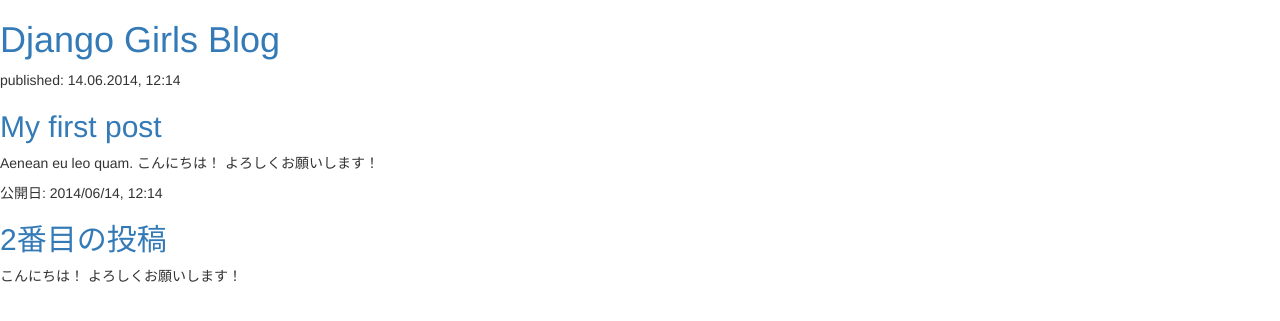
Repository: yoku-094/practice_python
Page: blog/templates/blog/post_list.html
The author's editor kept a copy of each file at every save. The page is drawn from the files as they stood at one save, then again after the next save.
The browser window is 1280 px wide. The pictures show the whole page.
Some web libraries are served in a nearby version. The page is served by the project's application, run on Django 3.2 (manage.py). Other server files are loaded and not shown. The template is opened directly, without the code that normally fills it, so the values that code supplies are empty.

Above is the page before, as saved 2022-08-30 12:29:55.

### blog/templatetags/markdown_filter.py
import markdown
from django import template
from django.utils.safestring import mark_safe

register = template.Library()

@register.filter
def markdown_to_html(text):
    return mark_safe(markdown.markdown(text))

### blog/templates/blog/post_list.html
{% load static %}
<html>
  <head>
    <title>Django Girls blog</title>
    <link
      rel="stylesheet"
      href="//maxcdn.bootstrapcdn.com/bootstrap/3.2.0/css/bootstrap.min.css"
    />
    <link
      rel="stylesheet"
      href="//maxcdn.bootstrapcdn.com/bootstrap/3.2.0/css/bootstrap-theme.min.css"
    />
  </head>
  <body>
    <div>
      <h1><a href="/">Django Girls Blog</a></h1>
    </div>

    {% for post in posts %}
    <div>
      <p>published: {{ post.published_date }}</p>
      <h2><a href="">{{ post.title }}</a></h2>
      <p>{{ post.text|linebreaksbr }}</p>
    </div>
    {% endfor %}

    <div>
      <p>published: 14.06.2014, 12:14</p>
      <h2><a href="">My first post</a></h2>
      <p>Aenean eu leo quam. こんにちは！ よろしくお願いします！</p>
    </div>

    <div>
      <p>公開日: 2014/06/14, 12:14</p>
      <h2><a href="">2番目の投稿</a></h2>
      <p>こんにちは！ よろしくお願いします！</p>
    </div>
  </body>
</html>

### mysite/urls.py
"""mysite URL Configuration

The `urlpatterns` list routes URLs to views. For more information please see:
    https://docs.djangoproject.com/en/3.2/topics/http/urls/
Examples:
Function views
    1. Add an import:  from my_app import views
    2. Add a URL to urlpatterns:  path('', views.home, name='home')
Class-based views
    1. Add an import:  from other_app.views import Home
    2. Add a URL to urlpatterns:  path('', Home.as_view(), name='home')
Including another URLconf
    1. Import the include() function: from django.urls import include, path
    2. Add a URL to urlpatterns:  path('blog/', include('blog.urls'))
"""
from django.contrib import admin
from django.urls import path, include

urlpatterns = [
    path('admin/', admin.site.urls),

    # リダイレクト
    path('', include('blog.urls')),
]

### blog/static/css/blog.css
h1 a,
h2 a {
  color: #c25100;
}

Loaded but not shown: blog/urls.py (common file)

After the next save:
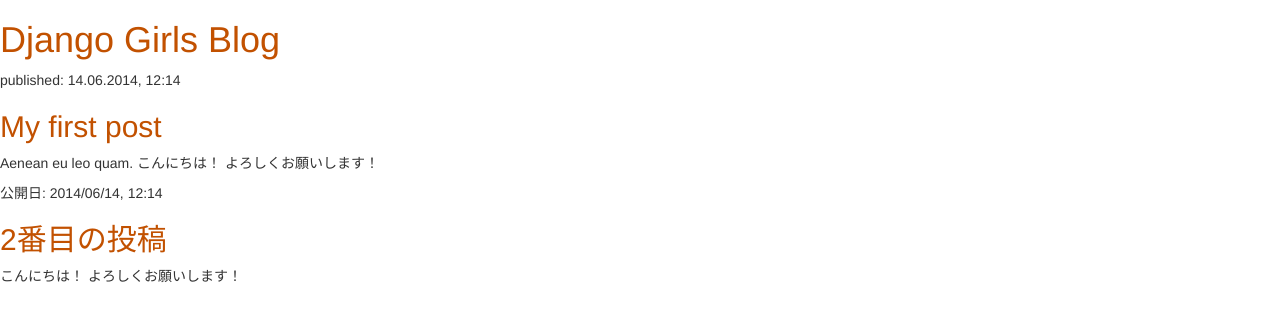
Saved 27 s later.
--- a/blog/templates/blog/post_list.html
+++ b/blog/templates/blog/post_list.html
@@ -10,6 +10,7 @@
       rel="stylesheet"
       href="//maxcdn.bootstrapcdn.com/bootstrap/3.2.0/css/bootstrap-theme.min.css"
     />
+    <link rel="stylesheet" href="{% static 'css/blog.css' %}" />
   </head>
   <body>
     <div>
